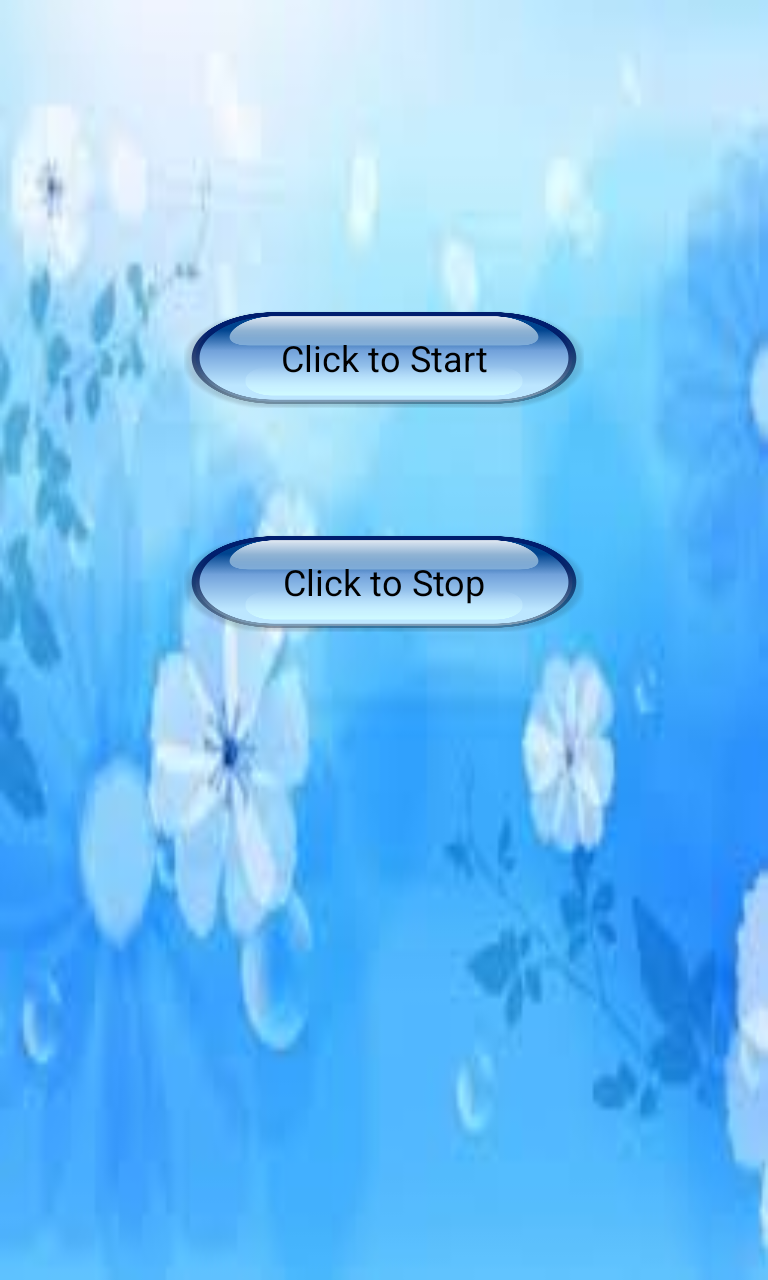
Repository: Shruthi06/designed-droid
Layout: service_demo/res/layout/activity_main.xml
The author's editor kept a copy of each file at every save. The layout is drawn from the files as they stood at one save, then again after the next save.
It is drawn on a 768 x 1280 px phone screen (xhdpi) without system bars, with theme AppTheme; the app's code is not run.

Above is the layout before, as saved 2016-02-15 13:57:53.

After the next save:
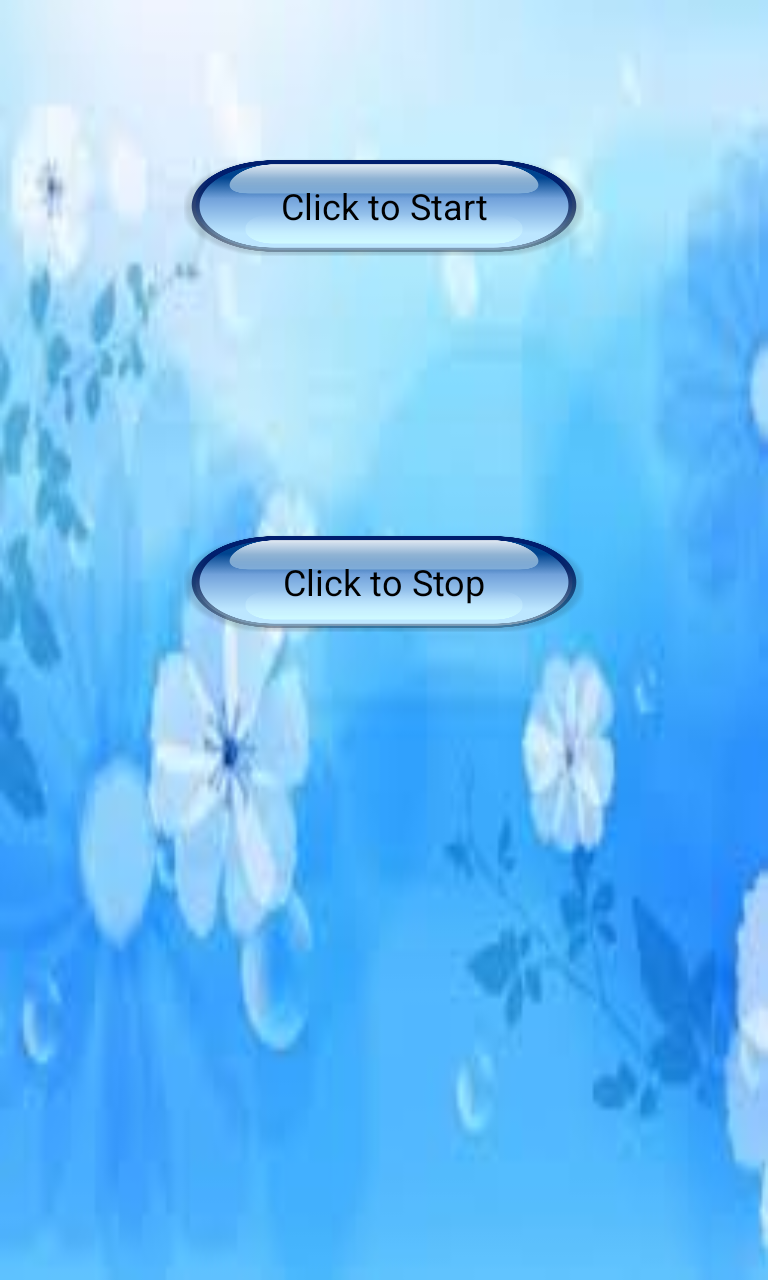
Saved 3 min 35 s later.
--- a/service_demo/res/layout/activity_main.xml
+++ b/service_demo/res/layout/activity_main.xml
@@ -16,7 +16,7 @@
         android:layout_height="50dp"
         android:layout_alignParentTop="true"
         android:layout_centerHorizontal="true"
-        android:layout_marginTop="138dp"
+        android:layout_marginTop="62dp"
         android:background="@drawable/button"
         android:text="Click to Start" />
 
@@ -27,7 +27,7 @@
         android:layout_alignLeft="@+id/buttonstart"
         android:layout_alignRight="@+id/buttonstart"
         android:layout_below="@+id/buttonstart"
-        android:layout_marginTop="62dp"
+        android:layout_marginTop="138dp"
         android:background="@drawable/button"
         android:text="Click to Stop" />
 
